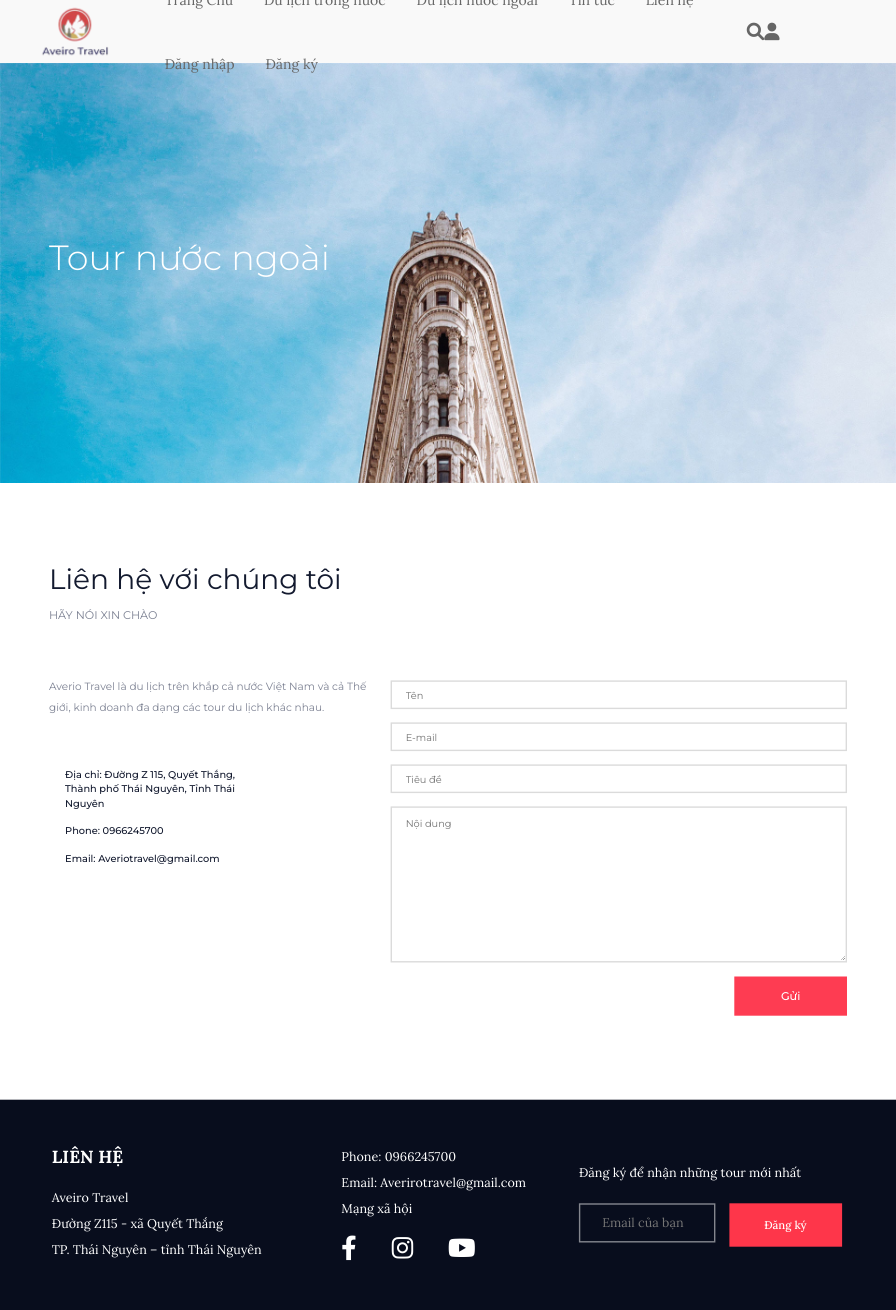
Repository: tuan842001/demotest
Page: /contact
An editor plug-in stored every save of this project. The page is shown before and after the next save, followed by the edit.
The browser window is 1280 px wide. The pictures show the whole page, at 70% of full size.
The project was rebuilt for these pictures with package versions that can differ from the ones it lists, and the page was loaded fresh each time. Also part of the build but not shown: src/components/header/HeaderHome.jsx, src/components/top/top.css, src/components/post/post.css, src/components/post/Post.jsx, src/components/intourPost/intourPost.css, src/components/intourPost/IntourPost.jsx, src/components/posts/posts.css, src/components/posts/Posts.jsx and 20 more.

Above is the page before, as saved 2021-10-16 22:17:50.

After the next save:
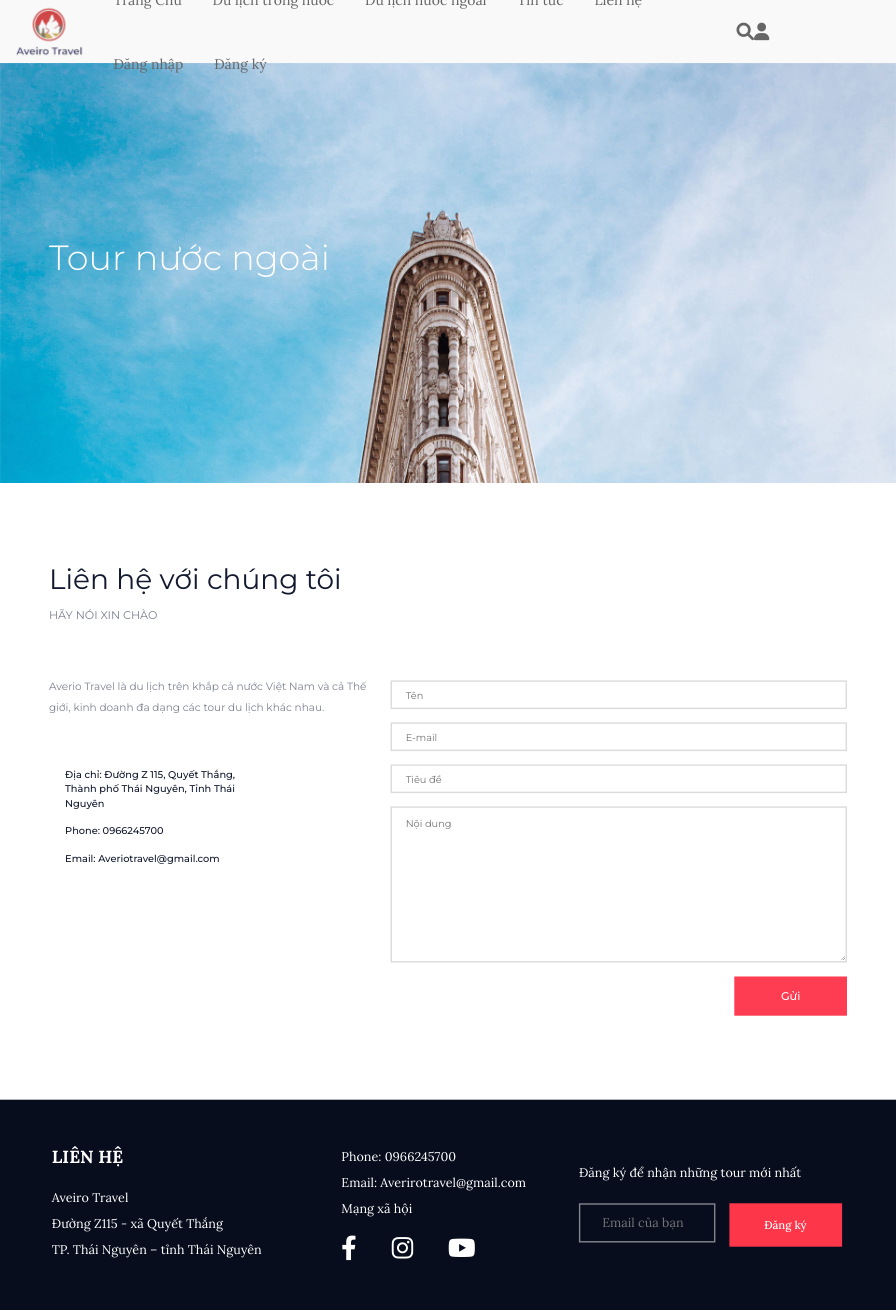
Saved 2 min 1 s later.
--- a/src/components/topbar/topbar.css
+++ b/src/components/topbar/topbar.css
@@ -12,7 +12,7 @@
 }
 
 .topLeft{
-    flex: 2;
+    flex: 1;
     display: flex;
     align-items: center;
     justify-content: center;
